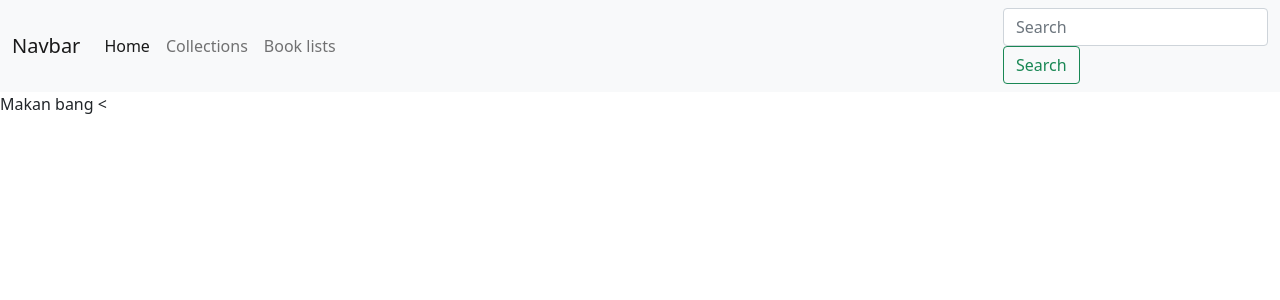
Repository: humanrizki/app-perpus-laravel-8
Page: http://localhost/home
An editor plug-in stored every save of this project. The page is shown before and after the next save, followed by the edit.
The browser window is 1280 px wide. The pictures show the whole page.
Some web libraries are served in a nearby version. The page is served by the project's Laravel application, run on PHP 8.4 with Laravel 8.

Above is the page before, as saved 2021-11-25 11:36:40.

After the next save:
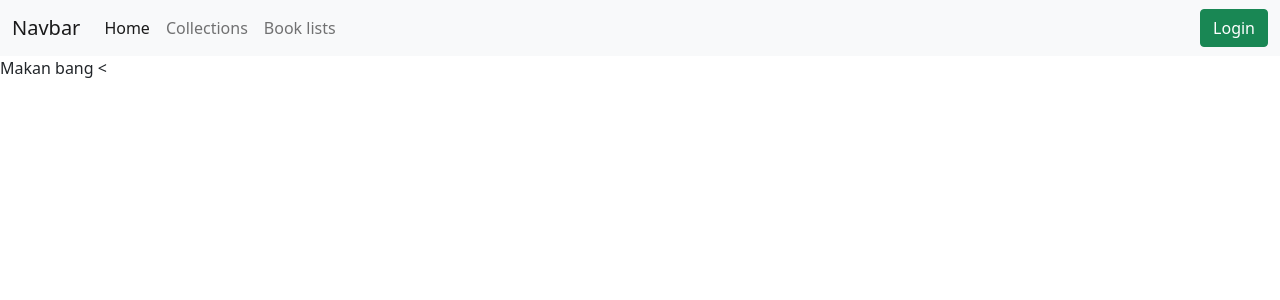
Saved 32 s later.
--- a/resources/views/partials/header.blade.php
+++ b/resources/views/partials/header.blade.php
@@ -44,8 +44,7 @@
           </li>
         </ul>
         <div class="container-login">
-            <input class="form-control me-2" type="search" placeholder="Search" aria-label="Search">
-            <button class="btn btn-outline-success" type="submit">Search</button>
+            <a href="/login" class="btn btn-success">Login</a>
         </div>
       </div>
     </div>
